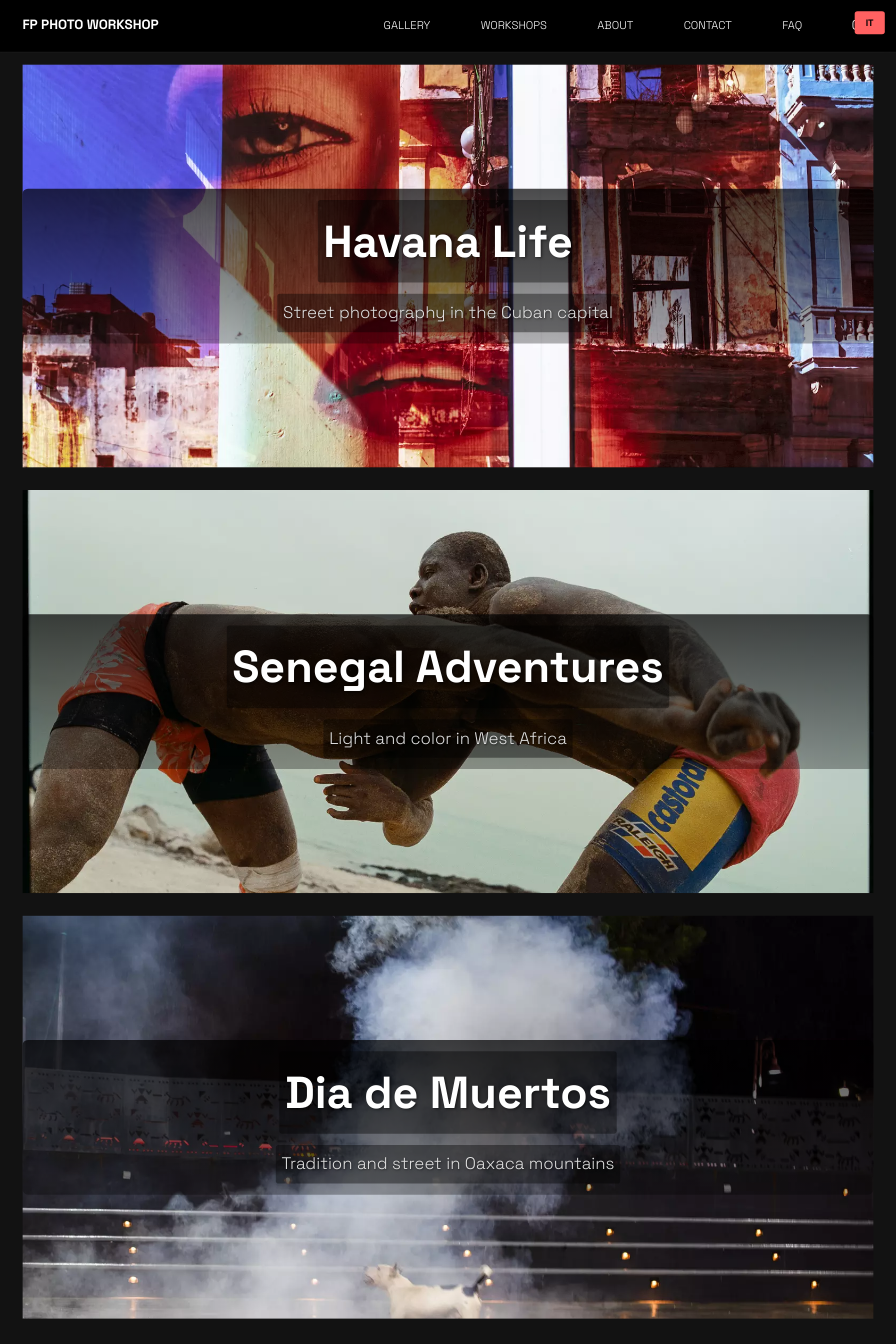
Repository: philipkdpavkia/photo-auto
Page: index.html
An editor plug-in stored every save of this project. The page is shown before and after the next save, followed by the edit.
The browser window is 1280 px wide. The pictures show the part of the page from y = 0 to 1920 px (the page is 4572 px tall), at 70% of full size.

Above is the page before, as saved 2024-11-18 22:45:14.
Console error: SyntaxError: Identifier 'currentLang' has already been declared

After the next save:
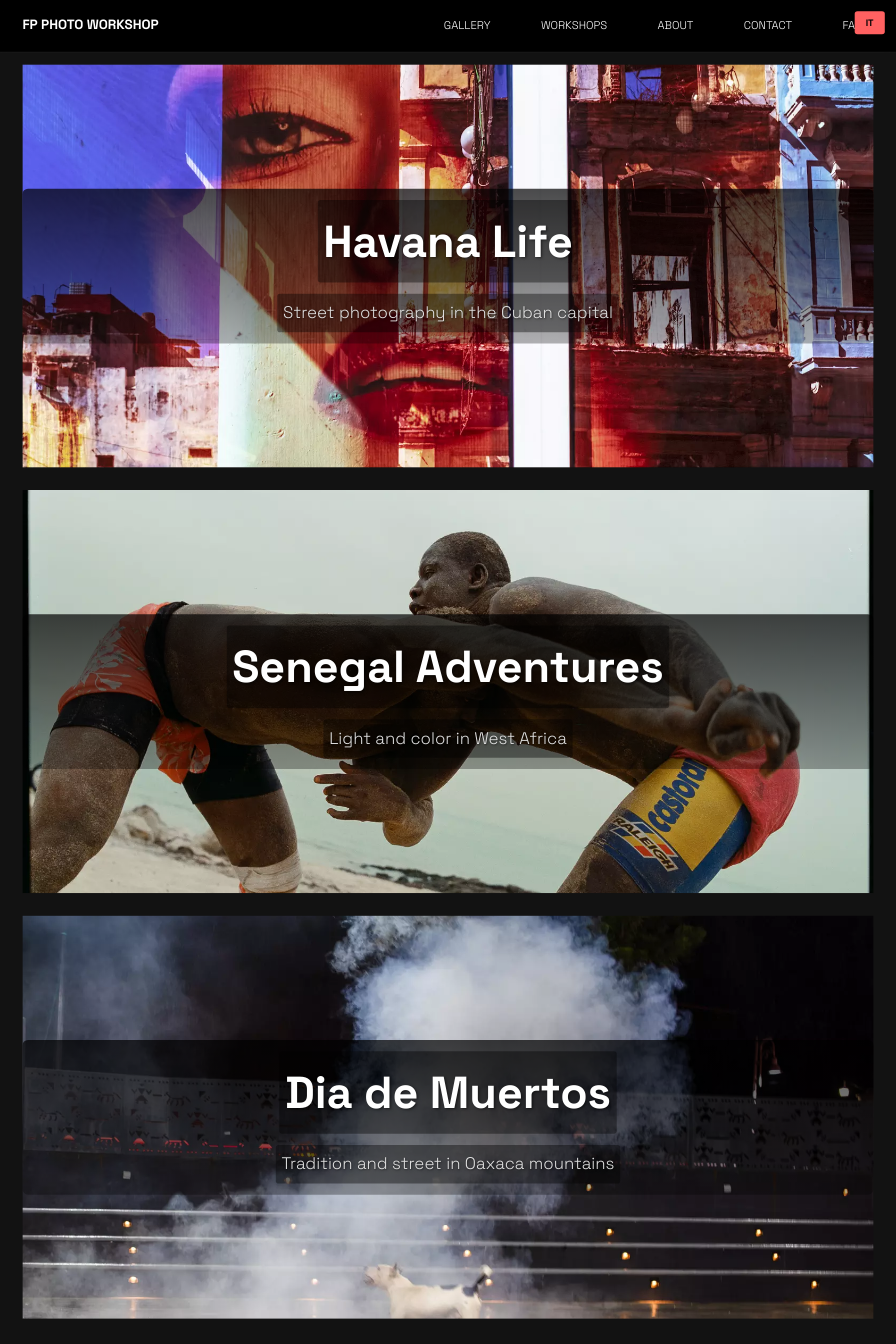
Saved 90 s later.
--- a/index.html
+++ b/index.html
@@ -52,10 +52,6 @@
      </a>
      <a href="/faq.html">
       FAQ
-     </a>
-     <a class="instagram-link" href="https://instagram.com/fpphotoworkshop" rel="noopener" target="_blank">
-      <i class="fab fa-instagram">
-      </i>
      </a>
     </div>
    </nav>
